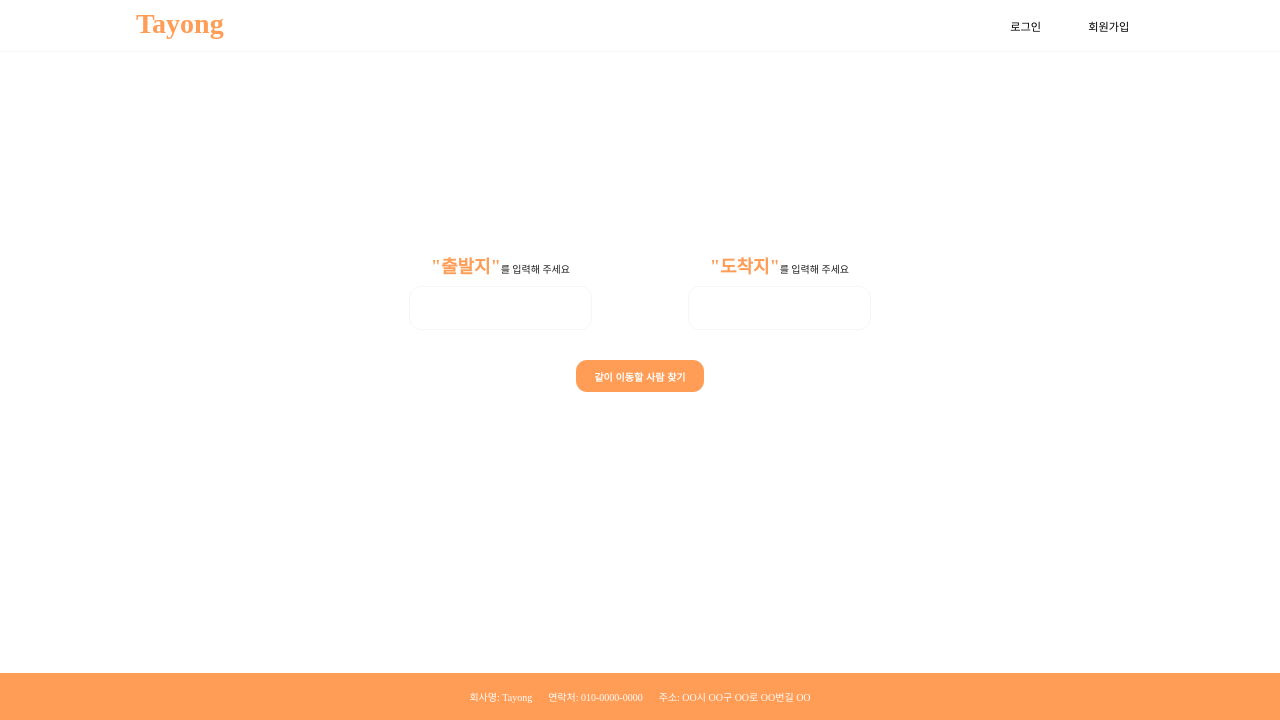
Repository: YEOMJINSEOP/playground
Page: / (app in tayong/)
These files come from the project's save history. The page is drawn as it stood at one moment and after the next save; the edit follows.
The browser window is 1280 px wide. The pictures show the whole page.
The project was rebuilt for these pictures with package versions that can differ from the ones it lists, and the page was loaded fresh each time.

Above is the page before, as saved 2022-10-28 14:44:36.

After the next save:
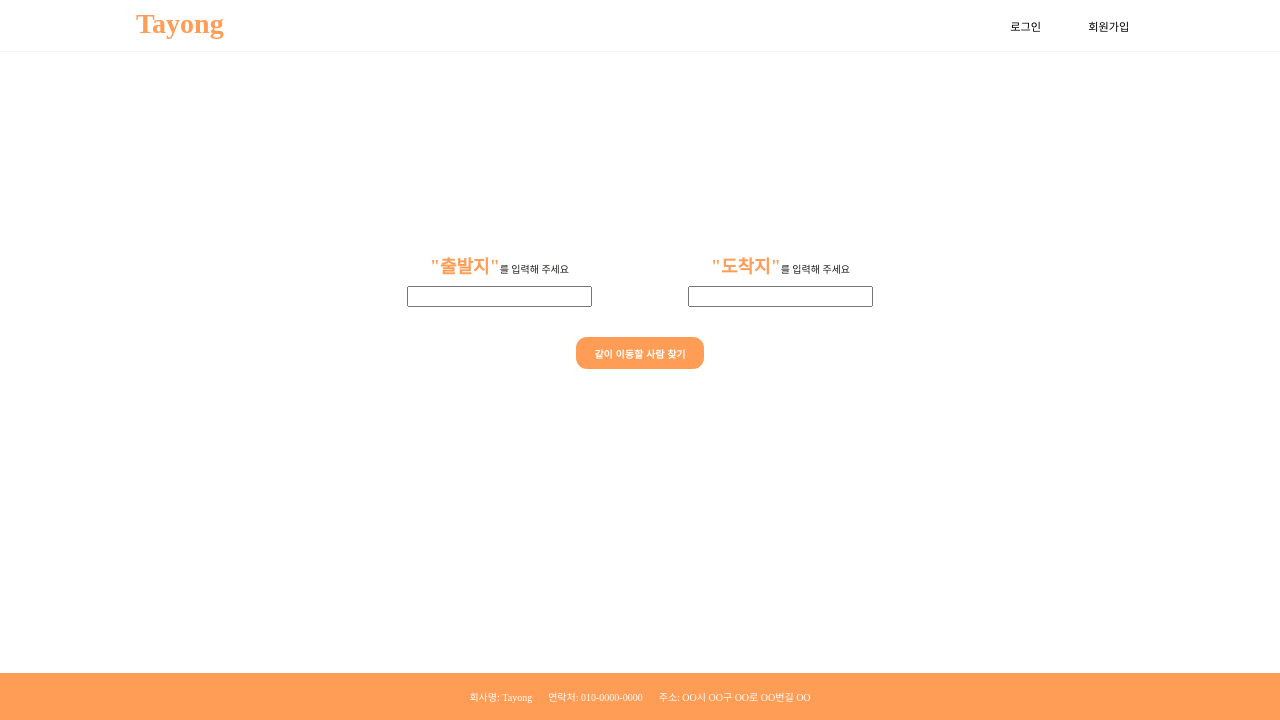
Saved 42 s later.
--- a/tayong/src/components/locationSelector/locationSelector.module.css
+++ b/tayong/src/components/locationSelector/locationSelector.module.css
@@ -23,7 +23,7 @@
   margin: 0 3rem;
 }
 
-input{
+.locationSelectorInput{
   height: 40px;
   border: var(--border-weight) solid var(--color-light-grey) ;
   border-radius: 0.7rem;

After the save that followed:
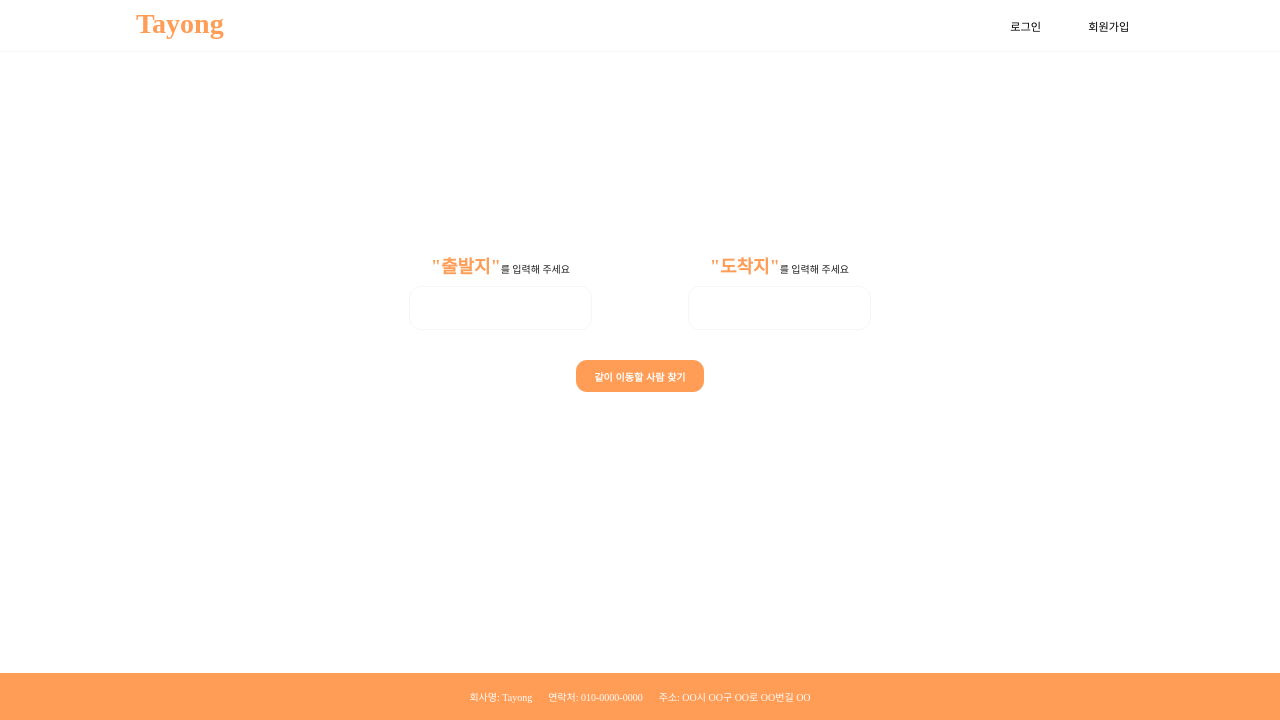
Saved 4 s later.
--- a/tayong/src/components/locationSelector/locationSelector.jsx
+++ b/tayong/src/components/locationSelector/locationSelector.jsx
@@ -14,6 +14,7 @@ function LocationSelector(props) {
           <div className={styles.info}><span>"출발지"</span>를 입력해 주세요</div>
           <label htmlFor='departure'></label>
             <input
+              className={styles.locationSelectorInput}
               type="text"
               id='departure'
               name='departure'
@@ -29,6 +30,7 @@ function LocationSelector(props) {
             <div className={styles.info}><span>"도착지"</span>를 입력해 주세요</div>
             <label htmlFor='arrival'></label>
             <input
+            className={styles.locationSelectorInput}
             id='arrival'
             name='arrival'
             value={arrival}
